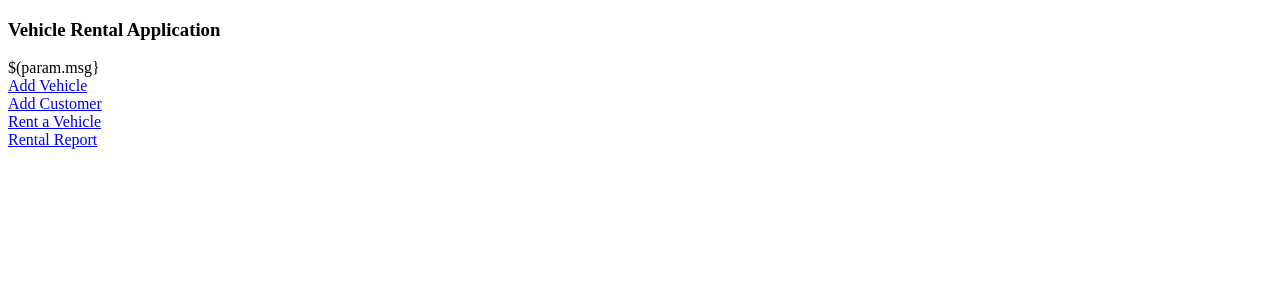
Repository: aradhyakasat/training_projects
Page: http://localhost/shopcart/index.jsp
These files come from the project's save history. The page is drawn as it stood at one moment and after the next save; the edit follows.
The browser window is 1280 px wide. The pictures show the whole page.
The page is served by Tomcat 9.

Above is the page before, as saved 2018-07-27 04:27:29.

After the next save:
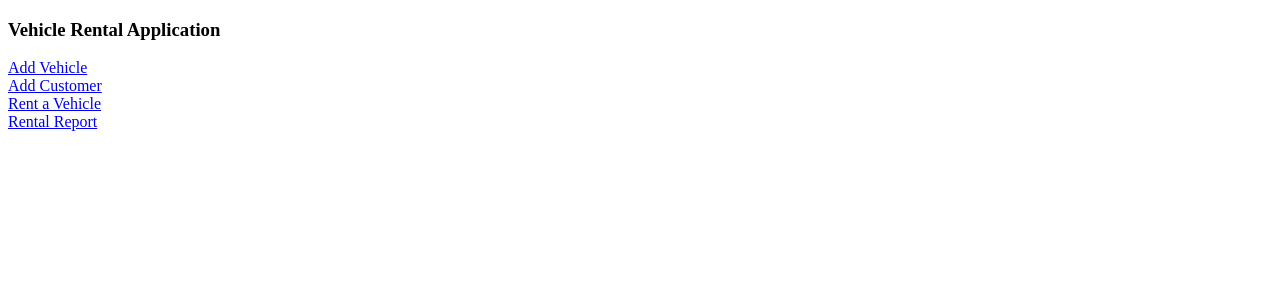
Saved 2 min 13 s later.
--- a/eclipse-workspace/shopcart/src/main/webapp/index.jsp
+++ b/eclipse-workspace/shopcart/src/main/webapp/index.jsp
@@ -9,7 +9,7 @@
 <body>
 	<h3>Vehicle Rental Application</h3>
 	<div>
-		$(param.msg}
+		${param.msg}
 	</div>
 	<a href="vehicleForm.html"> Add Vehicle</a> <br/>
 	<a href="customerForm.html"> Add Customer</a> <br/>
